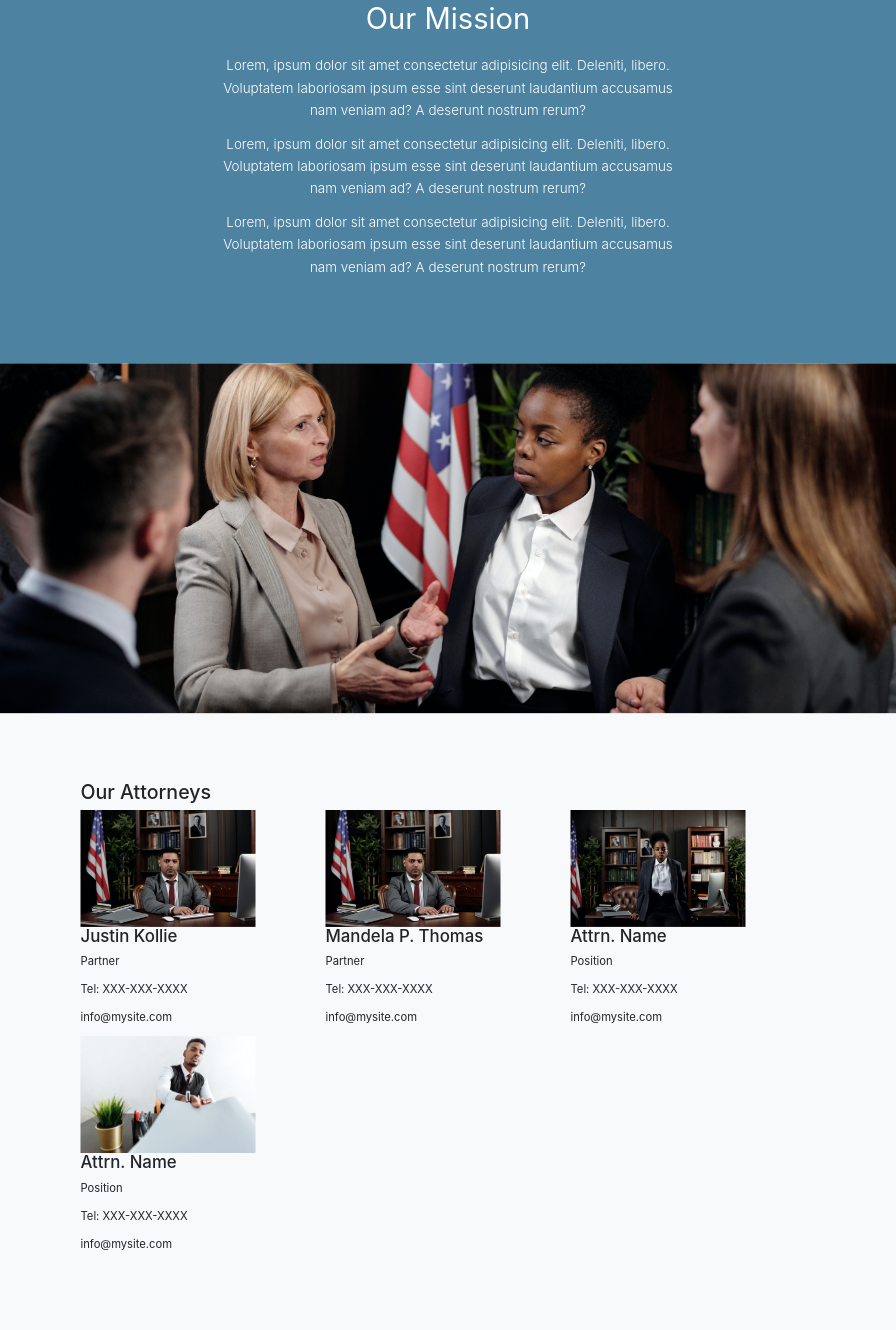
Repository: just-mann/kolllie-kolliellp
Page: index.html
An editor plug-in stored every save of this project. The page is shown before and after a run of saves, followed by the edit.
The browser window is 1280 px wide. The pictures show the part of the page from y = 1553 to 3453 px (the page is 4778 px tall before and 4822 px after), at 70% of full size.
Pictures or frames that could not be fetched are drawn as grey boxes. Backgrounds fixed to the window are drawn as part of the page.

Above is the page before, as saved 2021-06-02 05:29:49.

After the next 2 saves:
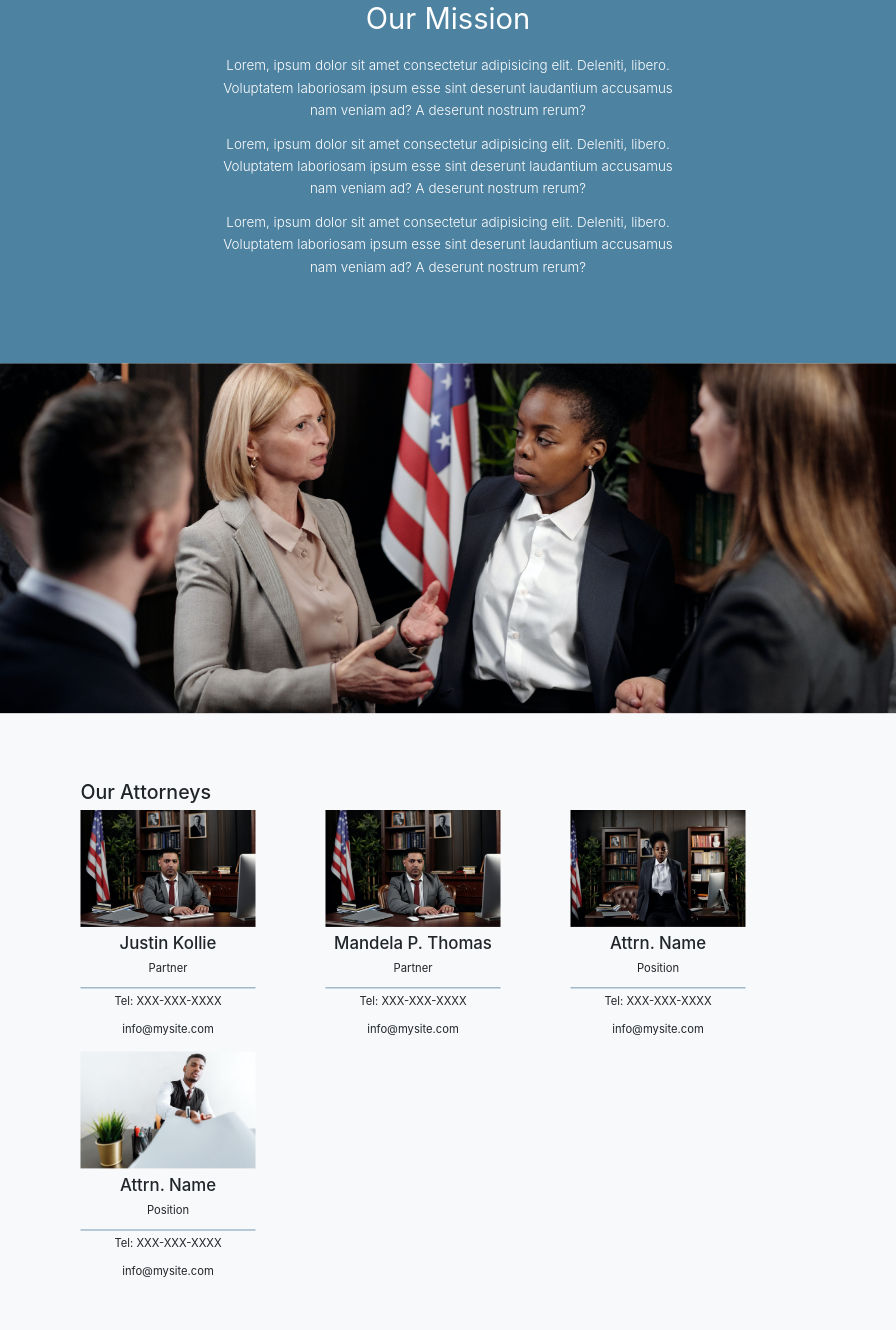
The 2 saves are shown as one change because they came seconds apart.
The last was saved 95 s later.
--- a/assets/css/style.css
+++ b/assets/css/style.css
@@ -273,6 +273,17 @@ form div input, textarea {
         width: 100%;
     }
 
+    .attCard .firstDiv {
+        padding: 10px 0px 0px 0px;
+        text-align: center;
+        border-bottom: 2px solid #6991ac9d;
+    }
+
+    .secondDiv {
+        text-align: center;
+        padding: 5px 0px;
+    }
+
 }
 
 
